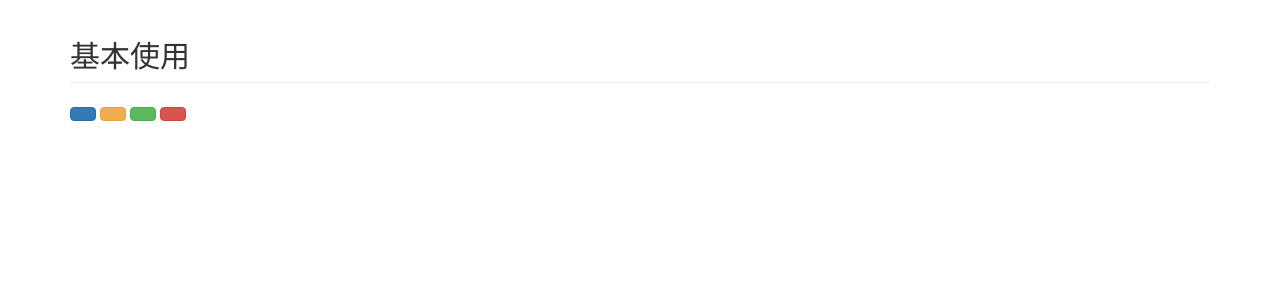
Repository: ldqml/project
Page: axios/axiosjibenshiyong.html
An editor plug-in stored every save of this project. The page is shown before and after the next save, followed by the edit.
The browser window is 1280 px wide. The pictures show the whole page.

Above is the page before, as saved 2022-07-28 11:04:31.

After the next save:
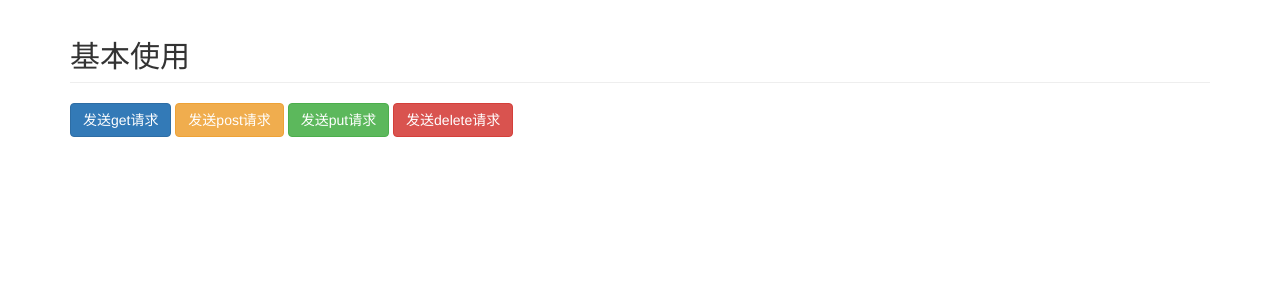
Saved 71 s later.
--- a/axios/axiosjibenshiyong.html
+++ b/axios/axiosjibenshiyong.html
@@ -11,10 +11,10 @@
 <body>
     <div class="container">
         <h2 class="page-header">基本使用</h2>
-        <button class="btn btn-primary"></button>
-        <button class="btn btn-warning"></button>
-        <button class="btn btn-success"></button>
-        <button class="btn btn-danger"></button>
+        <button class="btn btn-primary">发送get请求</button>
+        <button class="btn btn-warning">发送post请求</button>
+        <button class="btn btn-success">发送put请求</button>
+        <button class="btn btn-danger">发送delete请求</button>
     </div>
     <script>
     </script>
